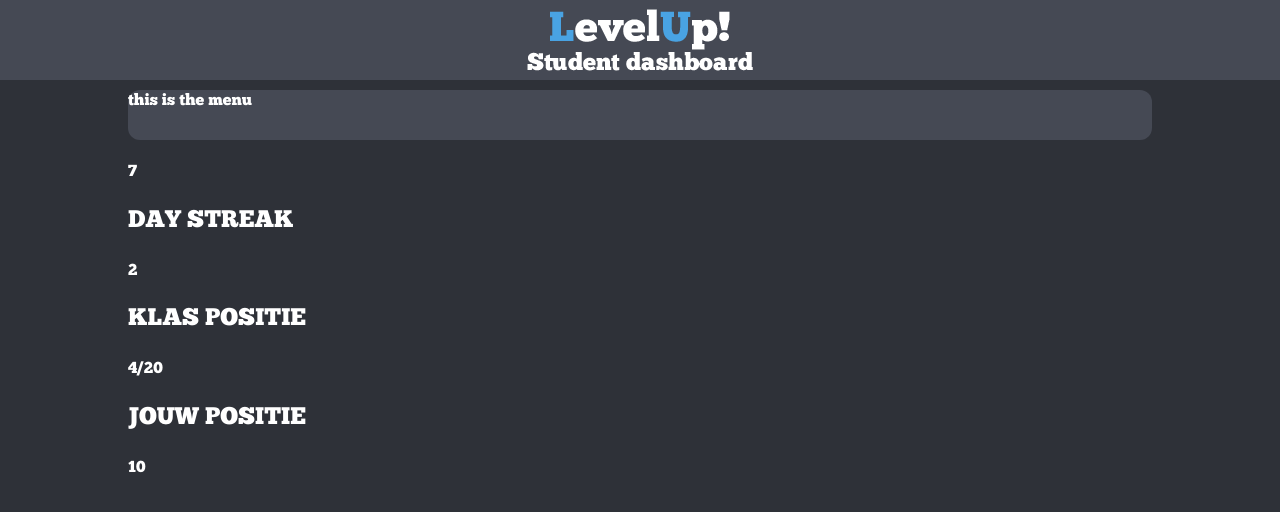
Repository: boblanckenburg/levelup
Page: website/src/index.html
The author's editor kept a copy of each file at every save. The page is drawn from the files as they stood at one save, then again after the next save.
The browser window is 1280 px wide. The pictures show the whole page.

Above is the page before, as saved 2014-09-17 19:03:47.

After the next save:
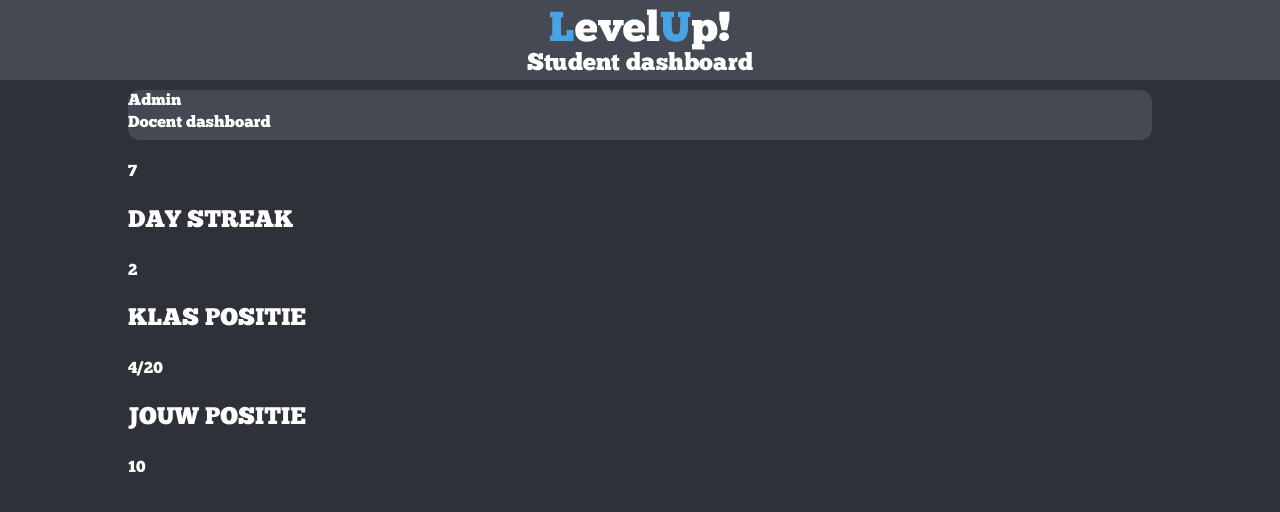
Saved 47 s later.
--- a/website/src/index.html
+++ b/website/src/index.html
@@ -21,7 +21,8 @@
 		<section class="dashboard">
 			<section class="header"></section>
 			<section class="menu">
-				this is the menu
+				<div>Admin</div>
+				<div>Docent dashboard</div>
 			</section>
 			<section class="content">
 				<section class="streaks">
